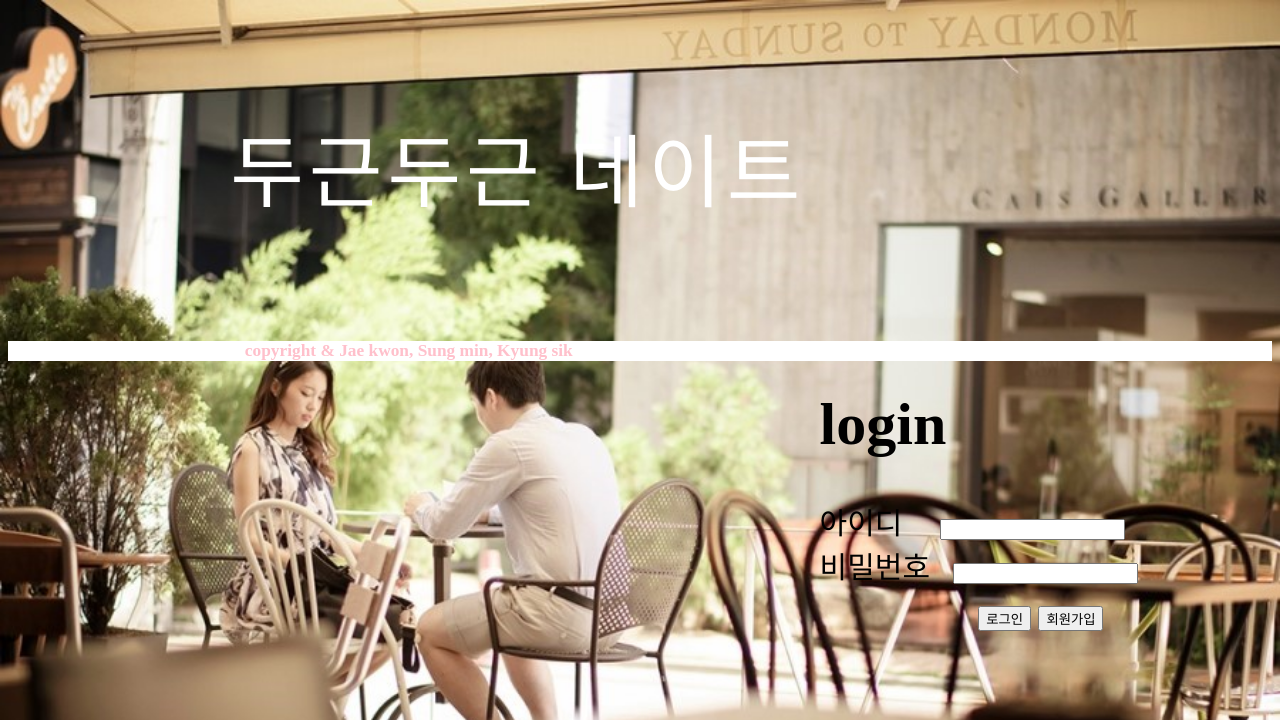
Repository: pinokio531/date_application
Page: http://localhost/doogeunDate/indexPage.jsp
An editor plug-in stored every save of this project. The page is shown before and after the next save, followed by the edit.
The browser window is 1280 px wide. The pictures show the whole page.
Some web fonts or font styles are not loaded; a fallback is used. The page is served by Tomcat 9.

Above is the page before, as saved 2019-06-04 10:09:19.

After the next save:
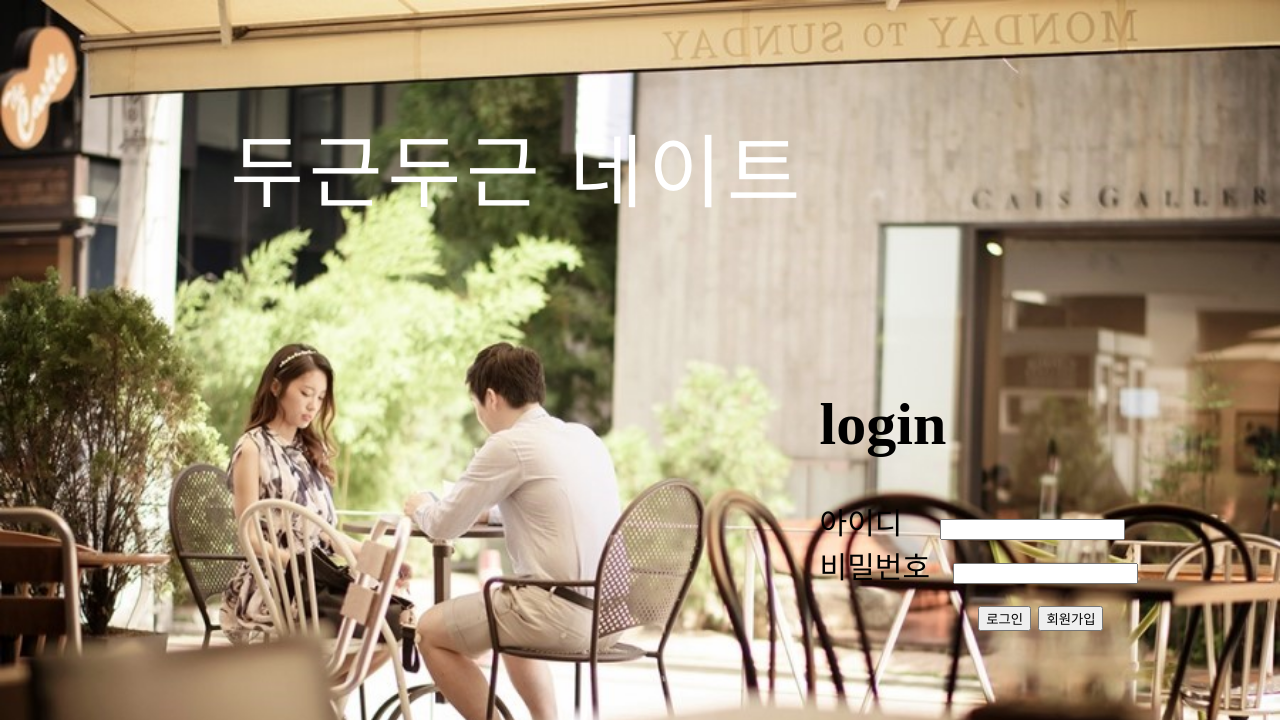
Saved 49 s later.
--- a/doogeunDate/WebContent/indexPage.jsp
+++ b/doogeunDate/WebContent/indexPage.jsp
@@ -29,9 +29,6 @@
 				</div>
 		</form>
 	</div>
-	<div class="footer">
-		<p>copyright & Jae kwon, Sung min, Kyung sik</p>
-	</div>
 </body>
 
 </html>
